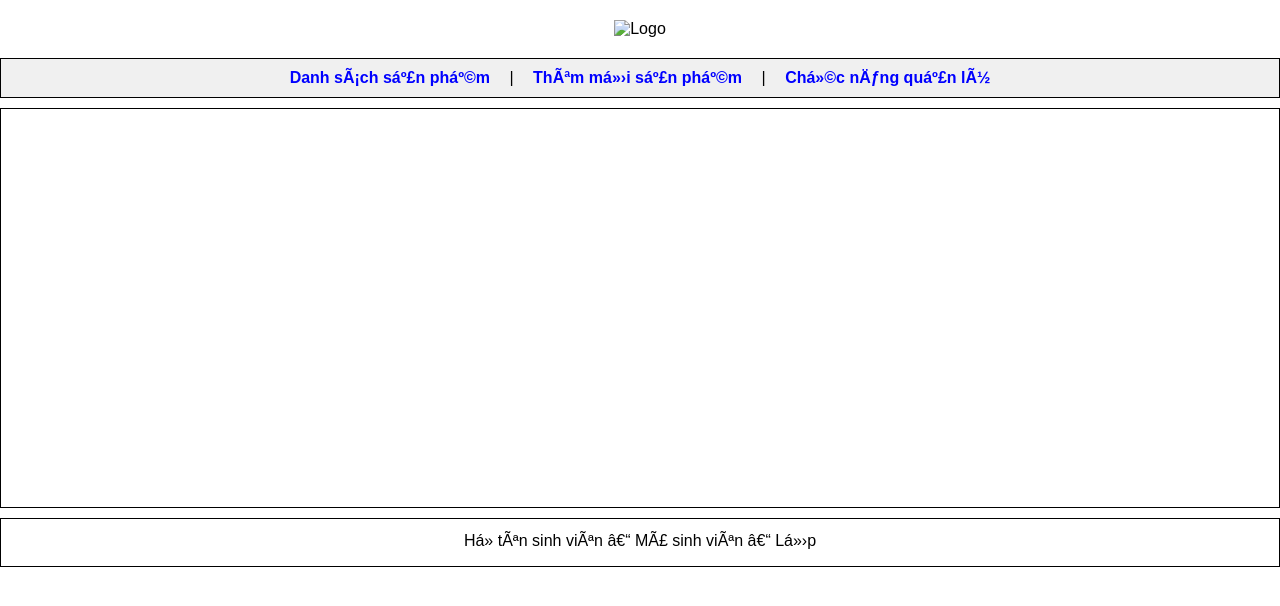
Repository: buikhacthang91042/Nam4_Ki1
Page: http://localhost/Tuan05/trangChu.jsp
These files come from the project's save history. The page is drawn as it stood at one moment and after the next save; the edit follows.
The browser window is 1280 px wide. The pictures show the whole page.
The page is served by Tomcat 10. Nobody is signed in. The application's start-up code is not run. Other server files are loaded and not shown.

Above is the page before, as saved 2024-09-28 01:30:04.
Not found: WWW/BuiKhacThang_21127151_Tuan05/Tuan05/image/logo.png

### WWW/BuiKhacThang_21127151_Tuan05/Tuan05/src/main/webapp/trangChu.jsp
<%@ page language="java" contentType="text/html; charset=ISO-8859-1"
    pageEncoding="ISO-8859-1"%>
<!DOCTYPE html>
<html>
<head>
<meta charset="ISO-8859-1">
<title>Insert title here</title>
<meta charset="UTF-8">
    <meta name="viewport" content="width=device-width, initial-scale=1.0">
    <title>Layout</title>
    <style>
       * {
            margin: 0;
            padding: 0;
            box-sizing: border-box;
        }

        body {
            font-family: Arial, sans-serif;
        }


        .header {
            text-align: center;
            padding: 20px;
        }

        .header img {
            width: 150px;
        }


        .menu {
            text-align: center;
            background-color: #f0f0f0;
            padding: 10px;
            border: 1px solid #000;
        }

        .menu a {
            margin: 0 15px;
            text-decoration: none;
            color: blue;
            font-weight: bold;
        }


        .content {
            height: 400px;
            border: 1px solid #000;
            margin-top: 10px;
            padding: 10px;
        }


        .footer {
            text-align: center;
            margin-top: 10px;
            padding: 10px;
            border: 1px solid #000;
        }
    </style>
</head>
<body>
 <div class="header">
        <img src="/image/logo.png" alt="Logo">
    </div>


    <div class="menu">
        <a href="#">Danh sách sản phẩm</a> |
        <a href="#">Thêm mới sản phẩm</a> |
        <a href="#">Chức năng quản lý</a>
    </div>


    <div class="content">
    </div>

        <div class="footer">
        Họ tên sinh viên – Mã sinh viên – Lớp
    </div>
</body>
</html>

After the next save:
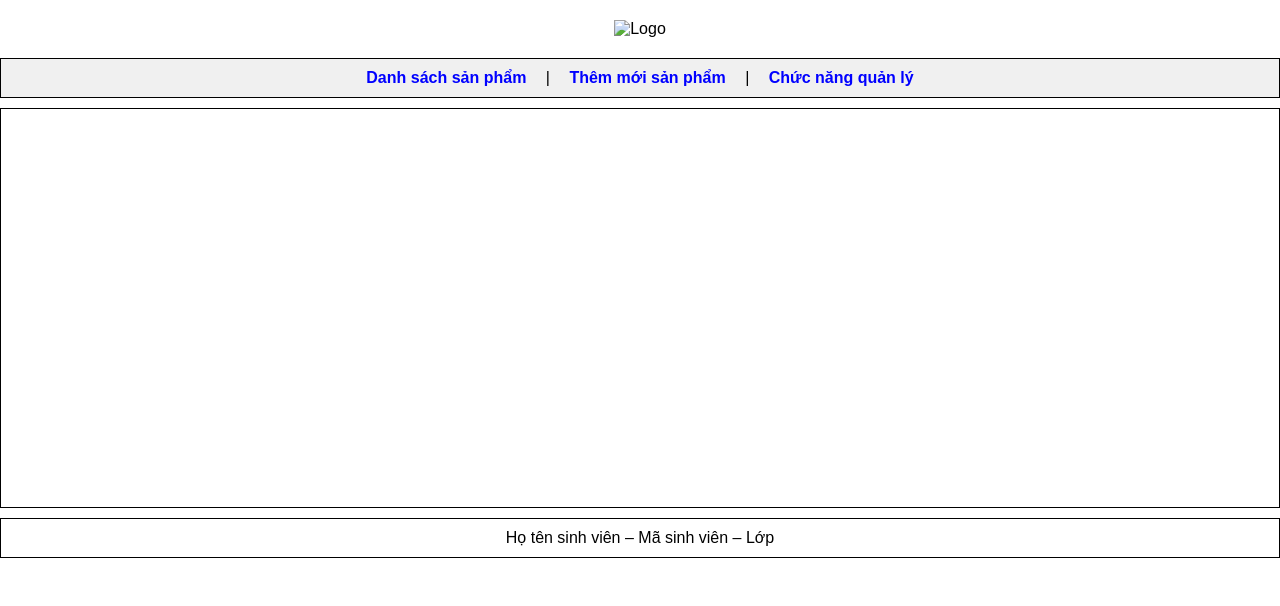
Saved 53 s later.
--- a/WWW/BuiKhacThang_21127151_Tuan05/Tuan05/src/main/webapp/trangChu.jsp
+++ b/WWW/BuiKhacThang_21127151_Tuan05/Tuan05/src/main/webapp/trangChu.jsp
@@ -1,5 +1,4 @@
-<%@ page language="java" contentType="text/html; charset=ISO-8859-1"
-    pageEncoding="ISO-8859-1"%>
+<%@ page contentType="text/html;charset=UTF-8" language="java" pageEncoding="UTF-8"%>
 <!DOCTYPE html>
 <html>
 <head>
